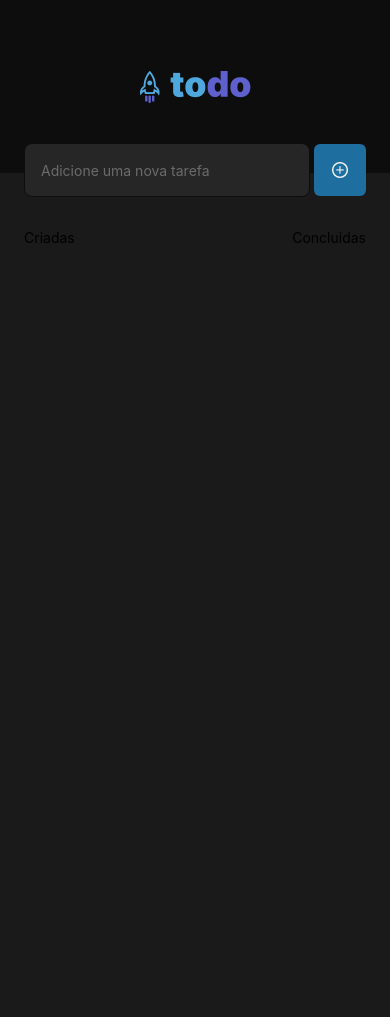
Repository: caueenrico/toDoList_ReactNative
Screen: /
These files come from the project's save history. The screen is drawn as it stood at one moment and after the next save; the edit follows.
The app was drawn by React Native's web renderer in a window 390 px wide. The project was rebuilt for these pictures with package versions that can differ from the ones it lists, and the page was loaded fresh each time.

Above is the screen before, as saved 2022-11-14 17:07:15.

### App.tsx
import { StatusBar } from 'react-native';
import { Home } from './src/screens/home/Home';

export default function App() {
  return (
    <>
      <StatusBar
        barStyle='light-content'
        backgroundColor="transparent"
        translucent
      />

     <Home/>
    </>
  );
}

### src/screens/home/Home.tsx
import { Image, Text, TextInput, TouchableOpacity, View } from "react-native";
import { InputTaks } from "../../components/InputTasks";
import { TasksQuantity } from "../../components/TasksQuantity";

import { styles } from "./styles";

export function Home() {
  return (
    <>
      <View style={styles.header}>
        <Image source={require("../../assets/logoToDo.png")} />
      </View>

      <View style={styles.tasksContainer}>
        <InputTaks />

        <View style={styles.tasksQuantityContainer}>
          <TasksQuantity />
        </View>

      </View>
    </>
  );
}

### src/components/InputTasks/index.tsx
import { Image, TextInput, TouchableOpacity, View } from "react-native";
import { styles } from "./styles";

export function InputTaks(){
  return(
    <>
      <View style={styles.container}>
          <TextInput
            style={styles.input}
            placeholder="Adicione uma nova tarefa"
            placeholderTextColor={"#6b6b6b"}
          />

          <TouchableOpacity style={styles.button}>
            <Image source={require("../../assets/plus.png")} />
          </TouchableOpacity>
       </ View>
    </>
  )
}

### src/components/TasksQuantity/index.tsx
import { Text } from "react-native";
import { styles } from "./styles";

export function TasksQuantity(){
  return(
    <>
      <Text style={styles.create}>Criadas</Text>
      <Text style={styles.conclued}>Concluidas</Text>

    </>
  )
}

### src/screens/home/styles.ts
import { StyleSheet } from "react-native";

export const styles = StyleSheet.create({
  header: {
    width: "100%",
    height: 173,
    backgroundColor: '#0D0D0D',
    alignItems: 'center',
    justifyContent: 'center',
  },
  tasksContainer:{
    backgroundColor: "#1a1a1a",
    height: '100%'
  },
  tasksQuantityContainer:{
    marginHorizontal:24,
    marginTop: 32,
    flexDirection: 'row',
    justifyContent: 'space-between',
    borderEndColor: '#333333',
    paddingBottom: 20,
  }

})

### src/components/InputTasks/styles.ts
import { StyleSheet } from "react-native";

export const styles = StyleSheet.create({
  container: {
    marginTop: -30,
    flexDirection: "row",
    marginHorizontal:24,
    alignItems: 'center',

  },
  input: {
    flex: 1,
    backgroundColor: '#262626',
    height: 54,
    borderRadius: 8,
    borderColor:'#0D0D0D',
    borderWidth: 1,
    padding: 16,
    color: '#fff'

  },
  button:{
    width: 52,
    height: 52,
    backgroundColor: '#1E6F9F',
    borderRadius: 6,
    alignItems: "center",
    justifyContent: 'center',
    marginLeft:4,
  },
})

### src/components/TasksQuantity/styles.ts
import { StyleSheet } from "react-native";

export const styles = StyleSheet.create({
  created:{
    fontWeight: '700',
    fontSize: 14,
    color: '#4ea8de'
  }
})

After the next save:
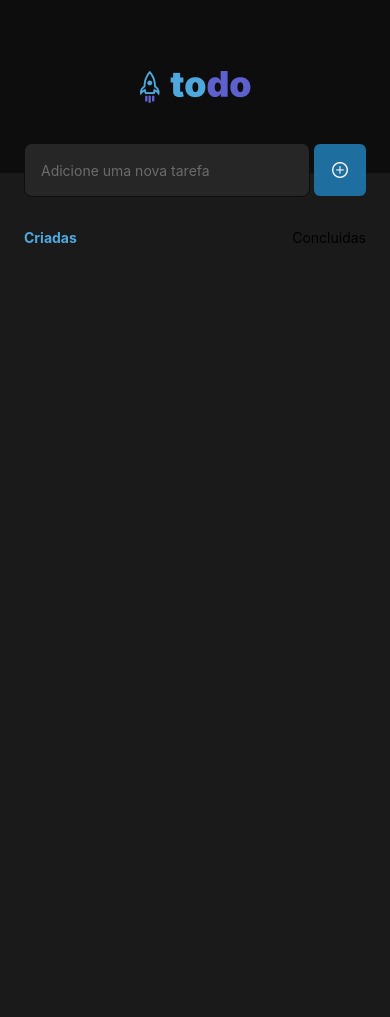
Saved 13 s later.
--- a/src/components/TasksQuantity/styles.ts
+++ b/src/components/TasksQuantity/styles.ts
@@ -1,7 +1,7 @@
 import { StyleSheet } from "react-native";
 
 export const styles = StyleSheet.create({
-  created:{
+  create:{
     fontWeight: '700',
     fontSize: 14,
     color: '#4ea8de'
